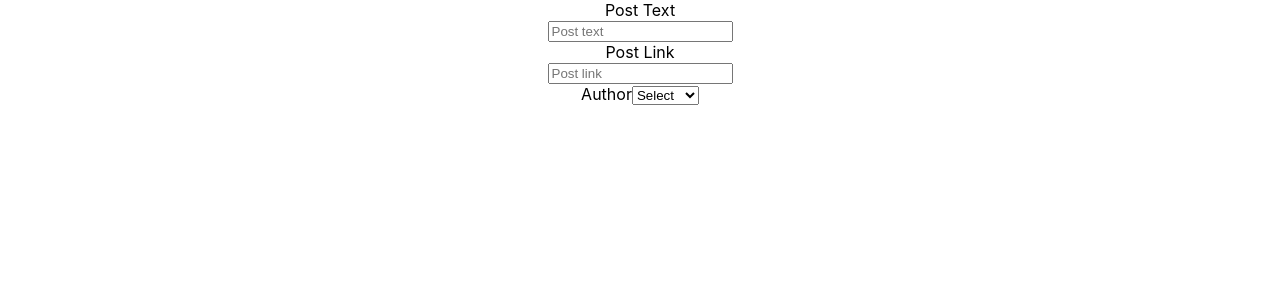
Repository: andbilous/cursor-redux
Page: /
The author's editor kept a copy of each file at every save. The page is drawn from the files as they stood at one save, then again after a run of saves.
The browser window is 1280 px wide. The pictures show the whole page.
The project was rebuilt for these pictures with package versions that can differ from the ones it lists, and the page was loaded fresh each time.

Above is the page before, as saved 2020-04-25 12:58:25.

After the next 7 saves:
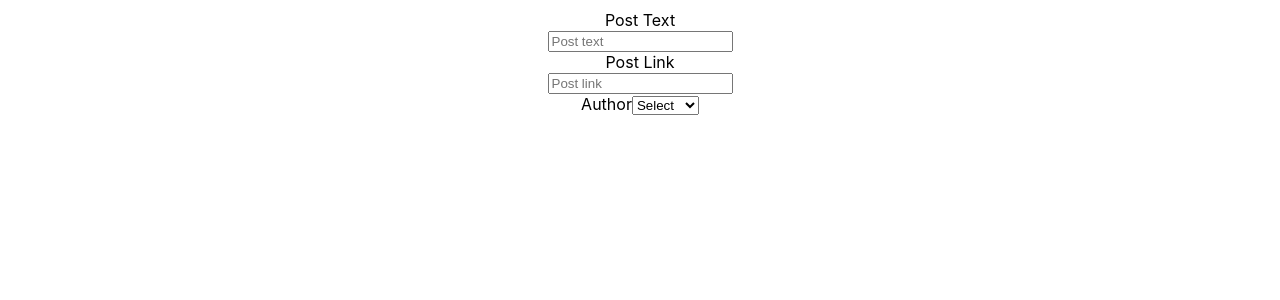
The 7 saves are shown as one change because they came seconds apart.
The last was saved 16 s later.
--- a/src/containers/Form.jsx
+++ b/src/containers/Form.jsx
@@ -4,7 +4,7 @@ import { Col, Form, FormGroup, Label, Input,CustomInput } from 'reactstrap';
 const FormContainer = () => {
   return (
     <Form>
-    <FormGroup row>
+    <FormGroup row style={style.row}>
       <Label for="exampleEmail" sm={2} size="lg">Post Text</Label>
       <Col sm={10}>
         <Input type="text" name="text" id="postText" placeholder="Post text" bsSize="lg" />
